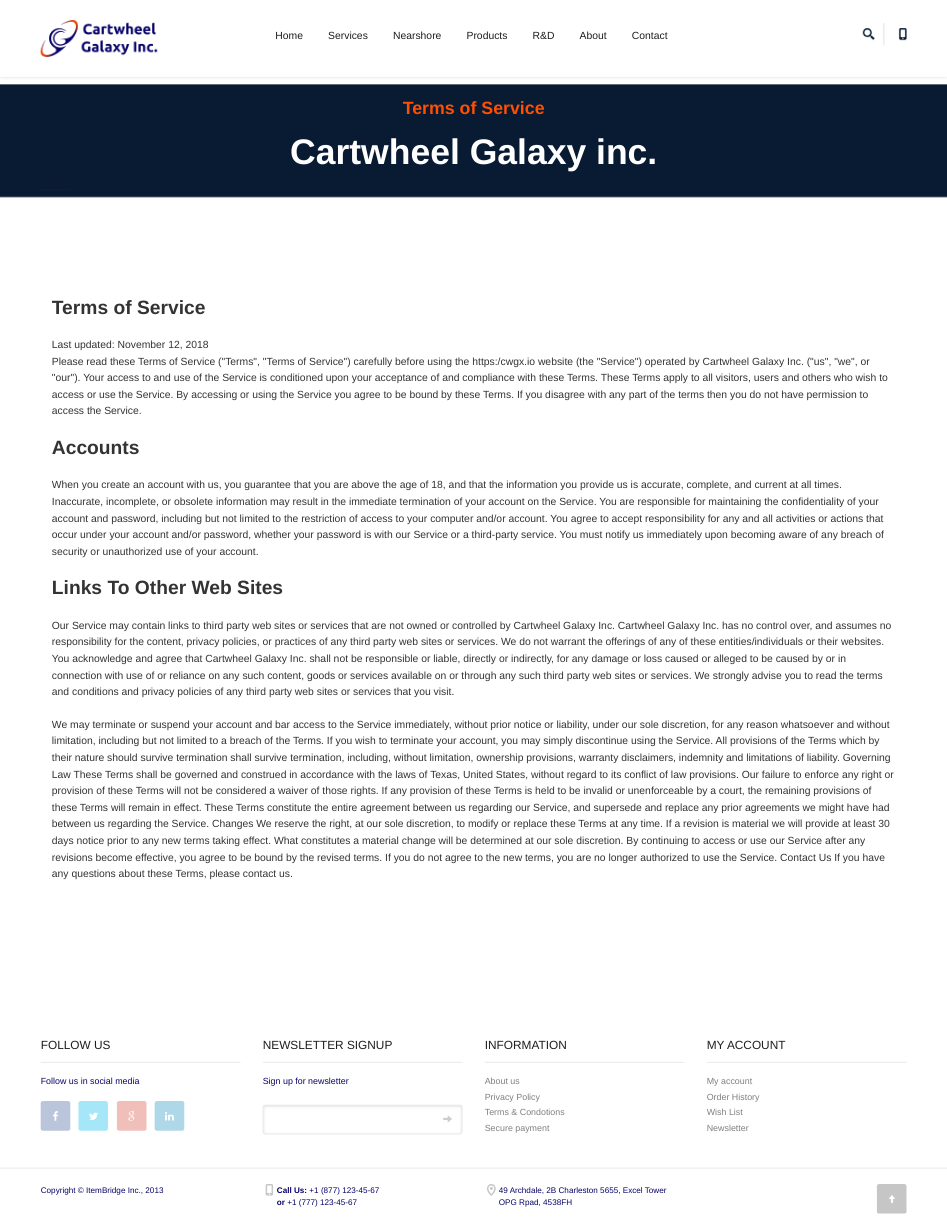
Repository: g-tecio/cwgx.io
Page: terms.html
The author's editor kept a record of every edit. The page is drawn from the files as they stood at one moment, then again after the next edit.
The browser window is 1280 px wide. The pictures show the whole page, at 74% of full size.

Above is the page before.

After the next edit:
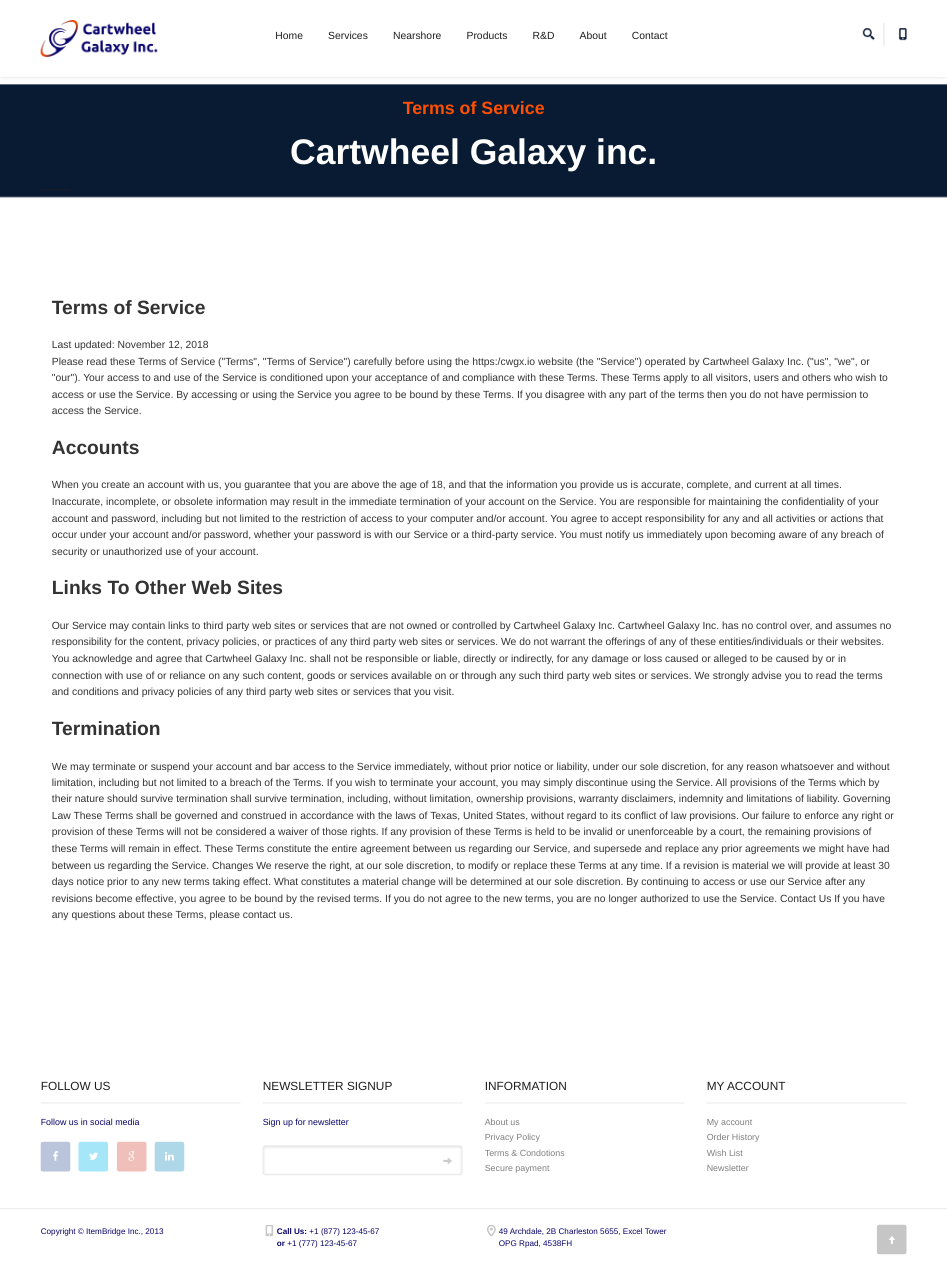
The edit:
--- a/terms.html
+++ b/terms.html
@@ -192,8 +192,9 @@
 You acknowledge and agree that Cartwheel Galaxy Inc. shall not be responsible or liable, directly or indirectly, for any damage or loss caused or alleged to be caused by or in connection with use of or reliance on any such content, goods or services available on or through any such third party web sites or services.
 We strongly advise you to read the terms and conditions and privacy policies of any third party web sites or services that you visit.
 </p>
+<h4>Termination</h4>
+<p>
 <h4></h4>
-<p>
 </p>
 <p>
 
